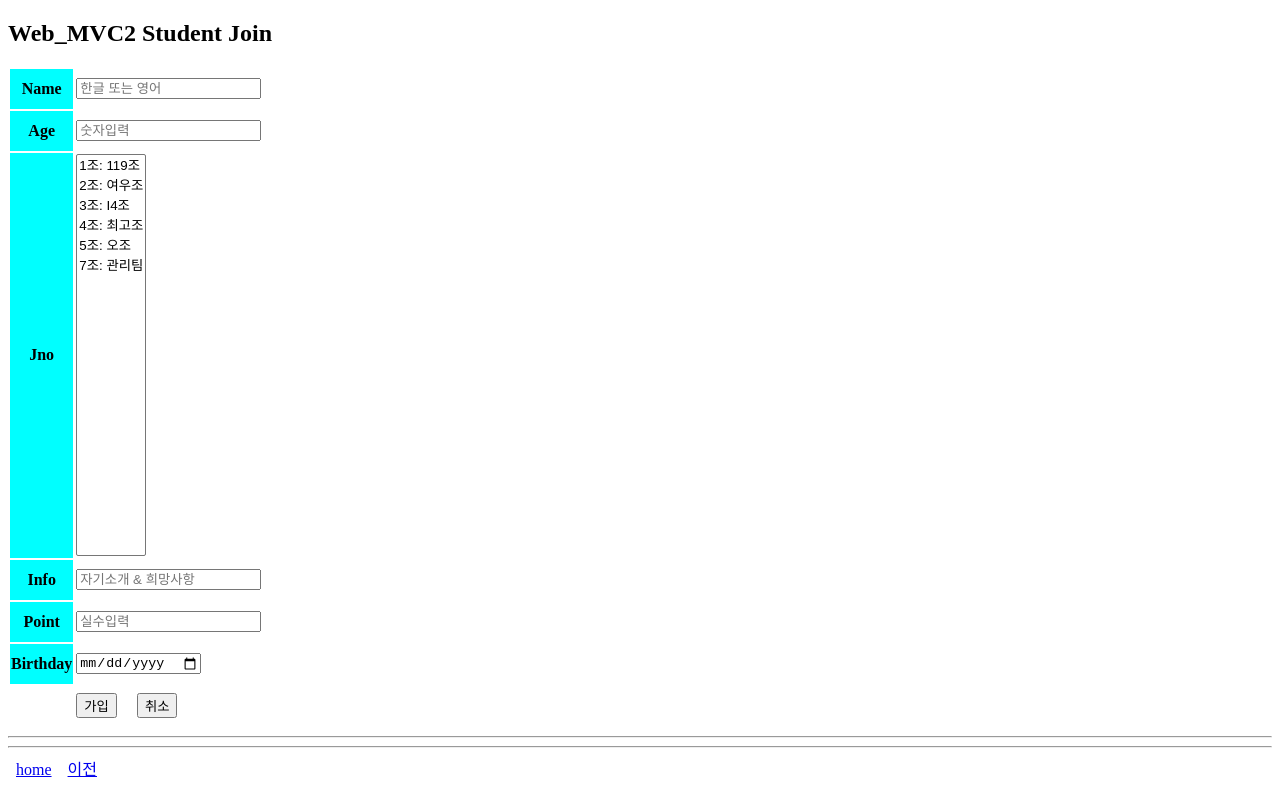
Repository: nameground/Java
Page: http://localhost/Web01/jsp99_mvcTest/mvc2_sJoin.jsp
An editor plug-in stored every save of this project. The page is shown before and after the next save, followed by the edit.
The browser window is 1280 px wide. The pictures show the whole page.
The page is served by Tomcat 9. Nobody is signed in. The application's start-up code is not run.

Above is the page before, as saved 2023-10-16 07:47:31.

After the next save:
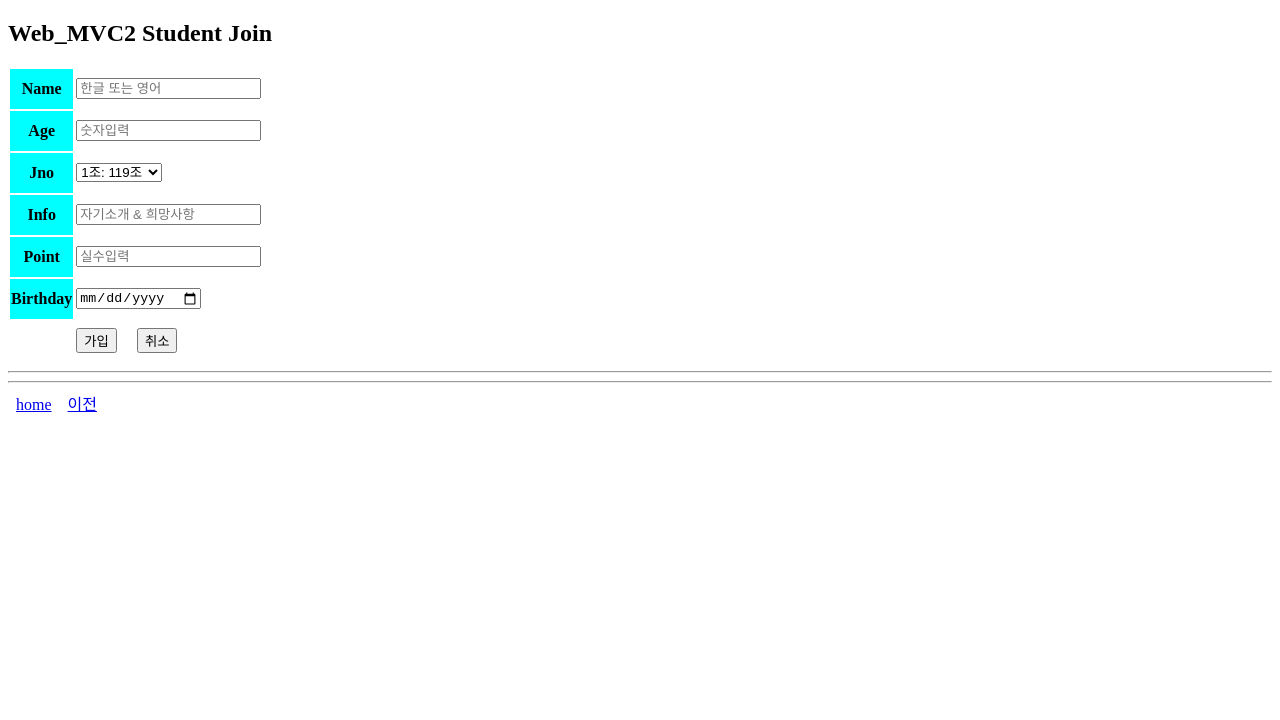
Saved 64 s later.
--- a/mTest/Mywork/Web01/src/main/webapp/jsp99_mvcTest/mvc2_sJoin.jsp
+++ b/mTest/Mywork/Web01/src/main/webapp/jsp99_mvcTest/mvc2_sJoin.jsp
@@ -23,7 +23,7 @@
 		<tr height="40">
 			<th bgcolor="aqua">Jno</th>
 			<td>
-				<select name="jno" size="20">
+				<select name="jno">
 					<option value="1">1조: 119조</option>
 					<option value="2">2조: 여우조</option>
 					<option value="3">3조: I4조</option>
